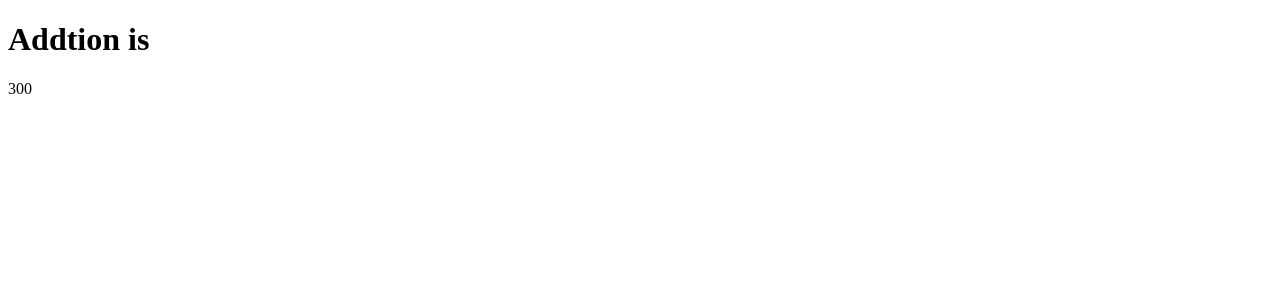
Repository: vaibhaokamble/MY_INSTITUTE_PUNE
Page: http://localhost/JSPApplication/addition.jsp
The author's editor kept a copy of each file at every save. The page is drawn from the files as they stood at one save, then again after the next save.
The browser window is 1280 px wide. The pictures show the whole page.
The page is served by Tomcat 9.

Above is the page before, as saved 2022-10-17 13:56:51.

### JSP/JSPApplication/src/main/webapp/addition.jsp
<%@ page language="java" contentType="text/html; charset=UTF-8"
    pageEncoding="UTF-8"%>
<!DOCTYPE html>
<html>
<head>
<meta charset="UTF-8">
<title>Insert title here</title>
</head>
<body>
<!-- Declaration -->
<%!
int a,b,c;
%>

<!-- ScriptLet -->
<%
a=100;
b=200;
c=a+b;
out.println("<h1> Addtion is </h1>"+c);
%>

</body>
</html>

After the next save:
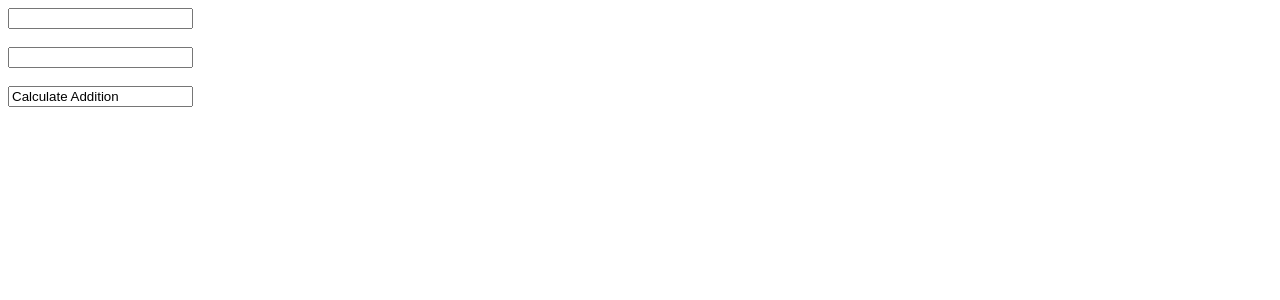
Saved 18 min 34 s later.
--- a/JSP/JSPApplication/src/main/webapp/addition.jsp
+++ b/JSP/JSPApplication/src/main/webapp/addition.jsp
@@ -12,12 +12,25 @@
 int a,b,c;
 %>
 
+<form name='frm' action='' method='POST'>
+<input type='text' name='first' value=''/><br></br>
+<input type='text' name='second' value=''/><br></br>
+<input type='text' name='s' value='Calculate Addition'/><br></br>
+</form>
+
 <!-- ScriptLet -->
 <%
-a=100;
-b=200;
-c=a+b;
-out.println("<h1> Addtion is </h1>"+c);
+String btn=request.getParameter("s");
+if(btn!=null) //If Button Click By User
+{
+	String first=request.getParameter("first");
+	String second=request.getParameter("second");
+	a=Integer.parseInt(first);
+	b=Integer.parseInt(second);
+	c=a+b;
+	out.println("<h1> Addtion is </h1>"+c);
+}
+
 %>
 
 </body>
